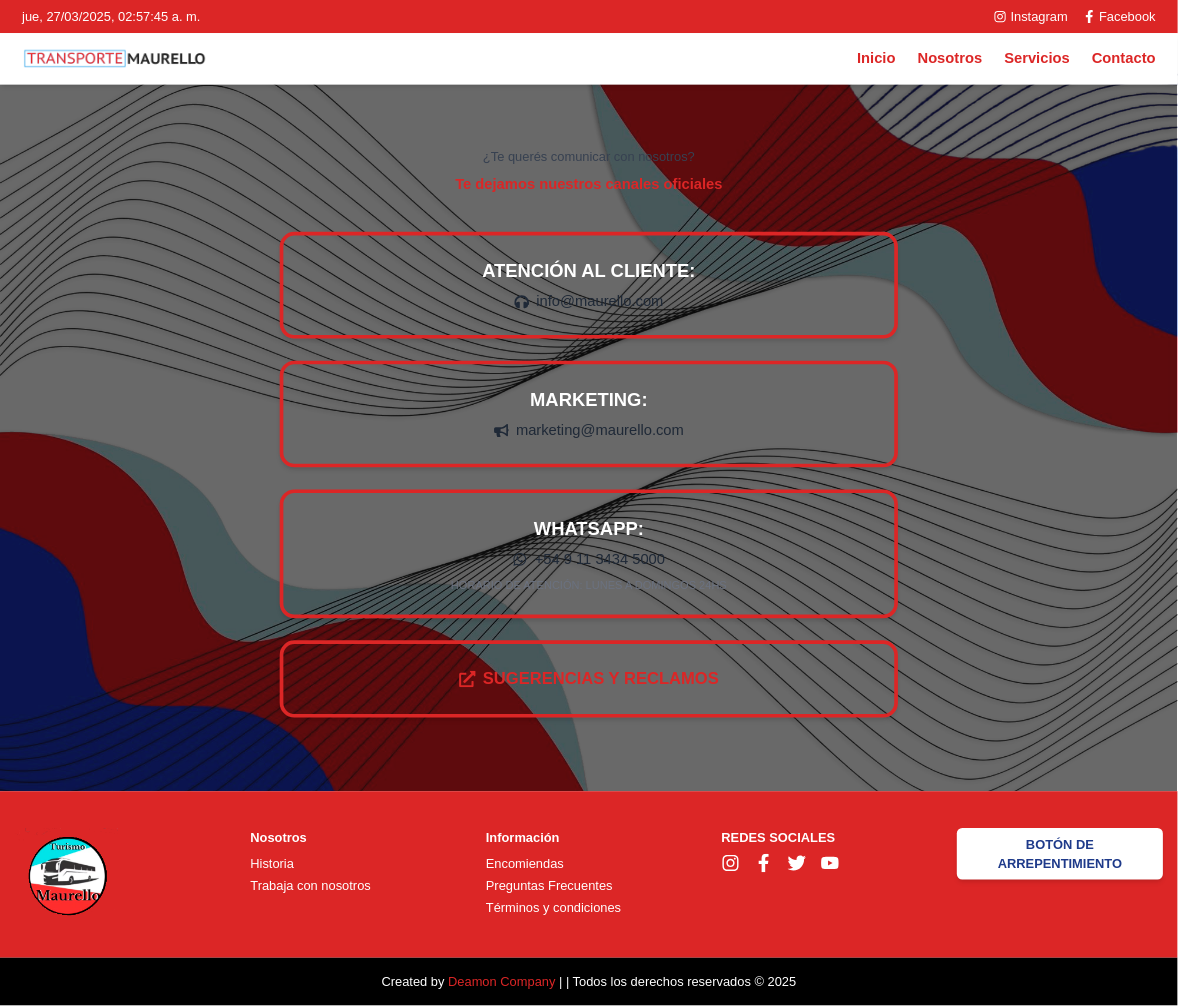
Repository: francoluca35/empresacolectivo
Page: /Contacto
The author's editor kept a copy of each file at every save. The page is drawn from the files as they stood at one save, then again after the next save.
The browser window is 1280 px wide. The pictures show the whole page, at 92% of full size.
The project was rebuilt for these pictures with package versions that can differ from the ones it lists, and the page was loaded fresh each time. The framework's server and built-in components were replaced by stand-ins that run in the browser. Also part of the build but not shown: next.config.js, next.config.mjs.

Above is the page before, as saved 2025-03-27 03:06:56.

After the next save:
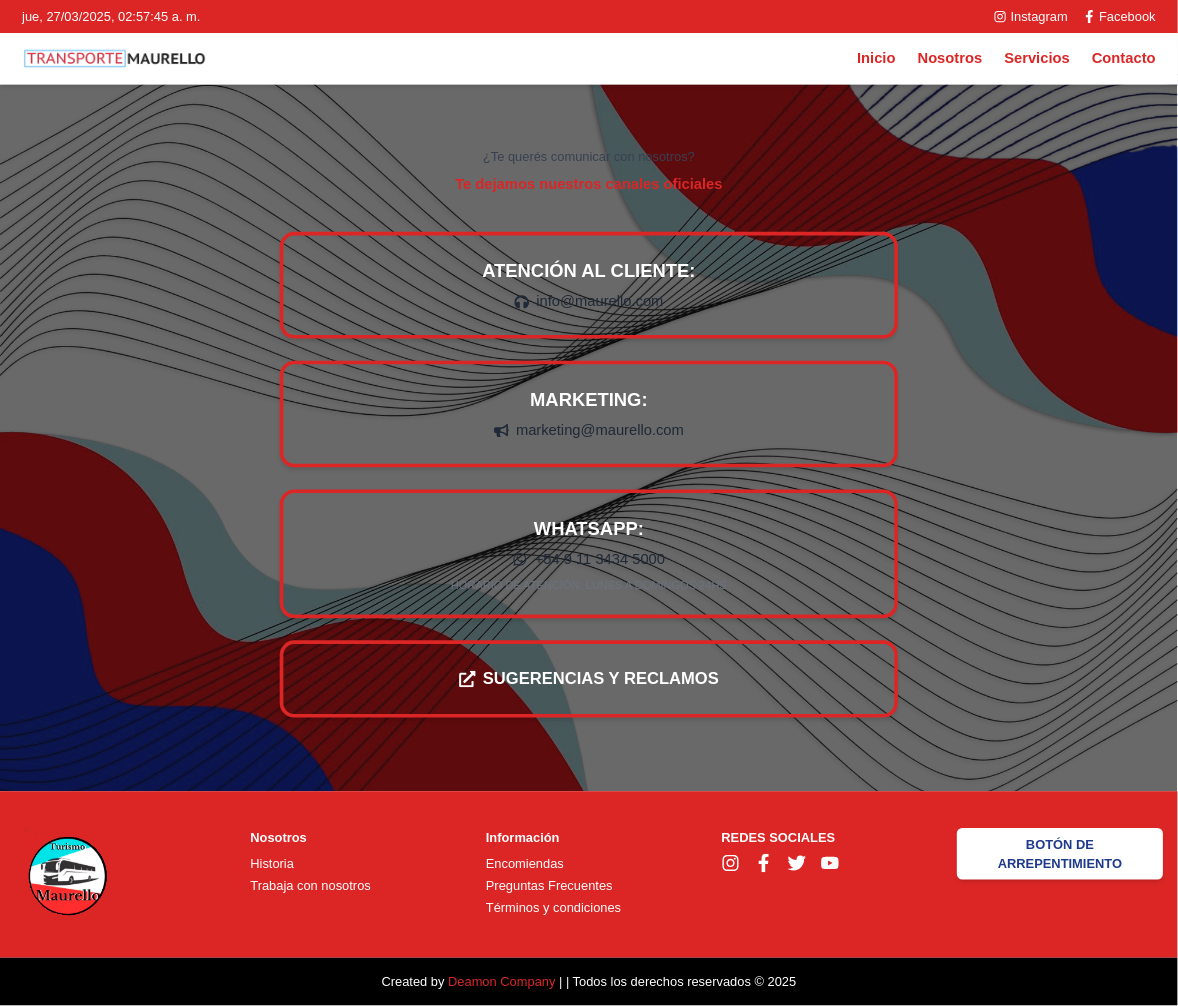
Saved 21 s later.
--- a/src/app/Contacto/page.js
+++ b/src/app/Contacto/page.js
@@ -51,7 +51,7 @@
         <div className="border-4 border-red-600 rounded-2xl py-6 px-4 shadow-md cursor-pointer hover:bg-red-50 transition">
           <a
             href="#sugerencias"
-            className="flex justify-center items-center gap-2 text-red-600 font-bold text-lg"
+            className="flex justify-center items-center gap-2 text-white font-bold text-lg"
           >
             <FaExternalLinkAlt /> SUGERENCIAS Y RECLAMOS
           </a>
